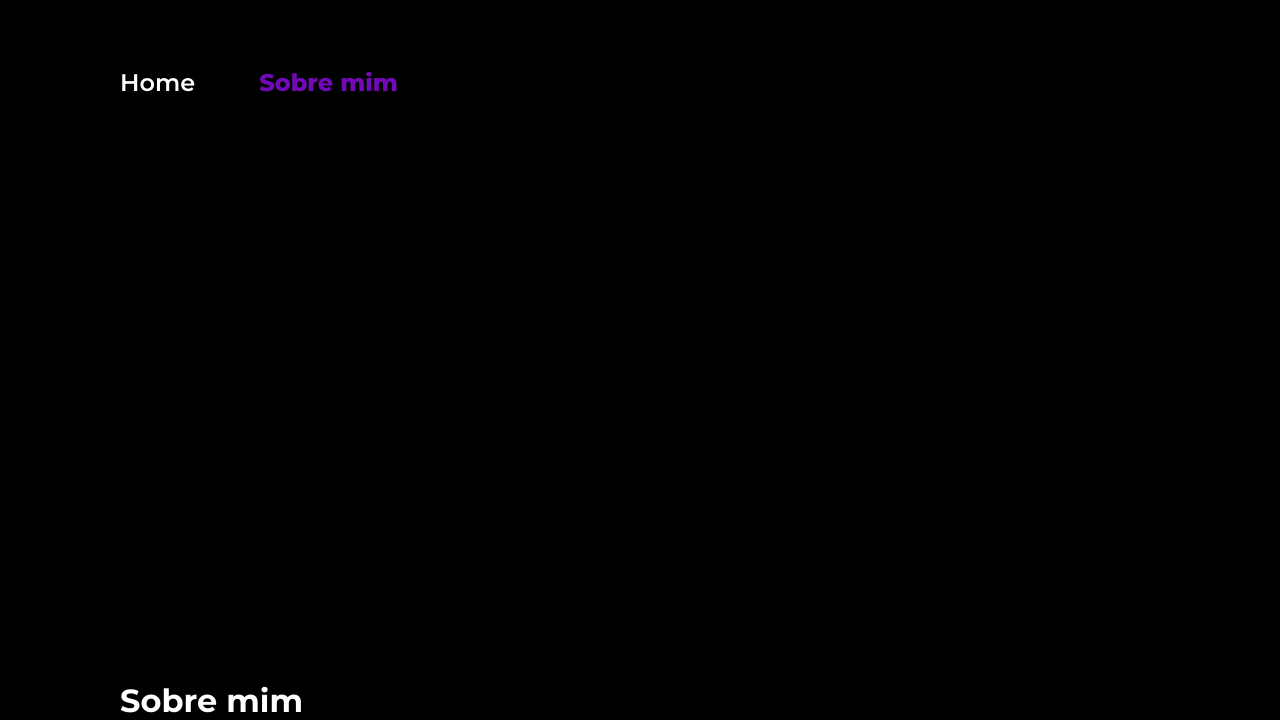
Repository: analessp/portfolio-developer
Page: about-me.html
An editor plug-in stored every save of this project. The page is shown before and after the next save, followed by the edit.
The browser window is 1280 px wide. The pictures show the whole page.

Above is the page before, as saved 2025-04-24 11:49:40.

### about-me.html
<!DOCTYPE html>
<html lang="pt-BR">
<head>
    <meta charset="UTF-8">
    <meta name="viewport" content="width=device-width, initial-scale=1.0">
    <title>Sobre mim</title>
    <link rel="stylesheet" href="/style/style.css"
</head>
<body>
    <header>
        <nav>
            <ul class="navbar-list">
                <li>
                    <a href="index.html" class="page">Home</a>
                </li>
                <li>
                    <a href="about-me.html" class="page active">Sobre mim</a>
                </li>
            </ul>
        </nav>
    </header>
    <main>
        <div class="about-me">
            <h1>Sobre mim</h1>
            <p></p>
        </div>
    </main>

</body>
</html>

### style/style.css
@import url('https://fonts.googleapis.com/css2?family=Montserrat:ital,wght@0,100..900;1,100..900&display=swap');
@import url(/style/about-me.css);

* {
    margin: 0;
    padding: 0;
    box-sizing: border-box;
    font-family: "Montserrat", sans-serif;
}

html, body {
    height: 100%;
    margin: 0;
}

body {
    height: 100vh;
    width: 100%;
    background-color: black;
    color: white;
    display: flex;
    flex-direction: column;
    justify-content: space-between;
}

.navbar-list {
    padding-left: 120px;
    padding-top: 68px;
    display: flex;
    gap: 4rem;
    list-style-type: none;
    color: #7209b7;
    font-weight: 700;
    font-size: 1.5rem;
    margin-bottom: 3rem;
}

.page {
    text-decoration: none;
    color: white;
    font-weight: 600;
}

.active {
    font-weight: 800;
    color: #7209b7;
}

main {
    padding-left: 120px;
    display: flex;
    gap: 10rem;
    align-items: center;
}

.introduce {
    display: flex;
    flex-direction: column;
    gap: 1.5rem;
    width: 40%;
}

.introduce p {
    text-align: justify;
}

.title {
    text-align: center;
}

.title h1 {
    font-size: 3rem;
}

.title h2 {
    font-size: 1.5rem;
    color: #7209b7;
}

.social-links {
    list-style-type: none;
    display: flex;
    flex-direction: column;
    gap: 1.5rem;
    align-items: center;
}

.social-links li {
    border: 2px solid #c3c3c3;
    background-color: rgba(128, 128, 128, 0.454);
    padding: 1rem 0 1rem 0;
    width: 70%;
    text-align: center;
    border-radius: 12px;

&:hover {
    border: 2px solid rgba(128, 128, 128, 0.454);
    background-color: #7209b7;
    transition-duration: 400ms;
    transform: scale(1.1);
  }
}

.social-links a {
    text-decoration: none;
    color: white;
    font-weight: bold;
}

.logo {
    width: 25rem;
    border-radius: 50%;
    border: 2px solid #c3c3c3;
    height: fit-content;
    position: fixed;
    right: 15rem;
    top: 10rem;
}

footer {
    margin-top: auto;
    padding: 1rem 0 1rem 0;
    background-color: rgb(15, 15, 16);
    display: flex;
    flex-direction: column;
    align-items: center;
    gap: 1rem;
    flex-shrink: 0;
}

footer ul {
    display: flex;
    gap: 2rem;
    list-style: none;
    margin-bottom: 1rem;
}

footer a {
    text-decoration: none;
    color: white;
    font-weight: 600;
}

@media only screen and (max-width: 768px) {

    body {
        justify-content: center;
    }

    .navbar-list {
        justify-content: center;
        padding-left: 0;
        padding-top: 40px;
        margin-bottom: 0;
    }

    main {
        height: 100vh;
        margin-top: 0;
        flex-direction: column-reverse;
        padding-left: 0;
        gap: 1rem;
    }

    .introduce {
        justify-content: flex-end;
        width: 80%;
        margin-bottom: 8rem;
    }

    .logo {
        top: 6.5rem;
        width: 18rem;
    }

}

@media only screen and (max-width: 426px) {
    .logo {
        right: 16%;
    }

    .introduce {
        margin-bottom: 3rem;
    }

    .title h1 {
        font-size: 2.5rem;
        margin-bottom: 0.5rem;
    }
}

Loaded but not shown: style/about-me.css (no copy from this time; the picture is the same without it)

After the next save:
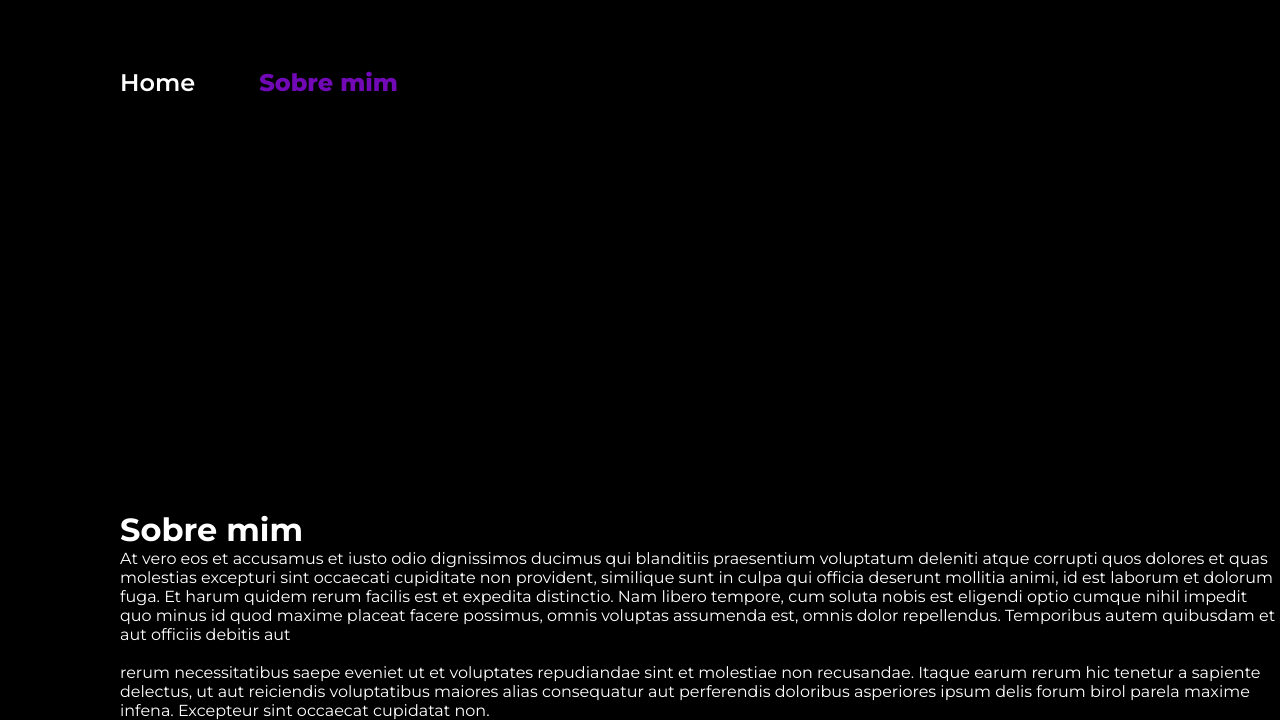
Saved 52 s later.
--- a/about-me.html
+++ b/about-me.html
@@ -22,7 +22,8 @@
     <main>
         <div class="about-me">
             <h1>Sobre mim</h1>
-            <p></p>
+            <p>          At vero eos et accusamus et iusto odio dignissimos ducimus qui blanditiis praesentium voluptatum deleniti atque corrupti quos dolores et quas molestias excepturi sint occaecati cupiditate non provident, similique sunt in culpa qui officia deserunt mollitia animi, id est laborum et dolorum fuga. Et harum quidem rerum facilis est et expedita distinctio. Nam libero tempore, cum soluta nobis est eligendi optio cumque nihil impedit quo minus id quod maxime placeat facere possimus, omnis voluptas assumenda est, omnis dolor repellendus. Temporibus autem quibusdam et aut officiis debitis aut<br><br>
+                rerum necessitatibus saepe eveniet ut et voluptates repudiandae sint et molestiae non recusandae. Itaque earum rerum hic tenetur a sapiente delectus, ut aut reiciendis voluptatibus maiores alias consequatur aut perferendis doloribus asperiores ipsum delis forum birol parela maxime infena. Excepteur sint occaecat cupidatat non.</p>
         </div>
     </main>
 
